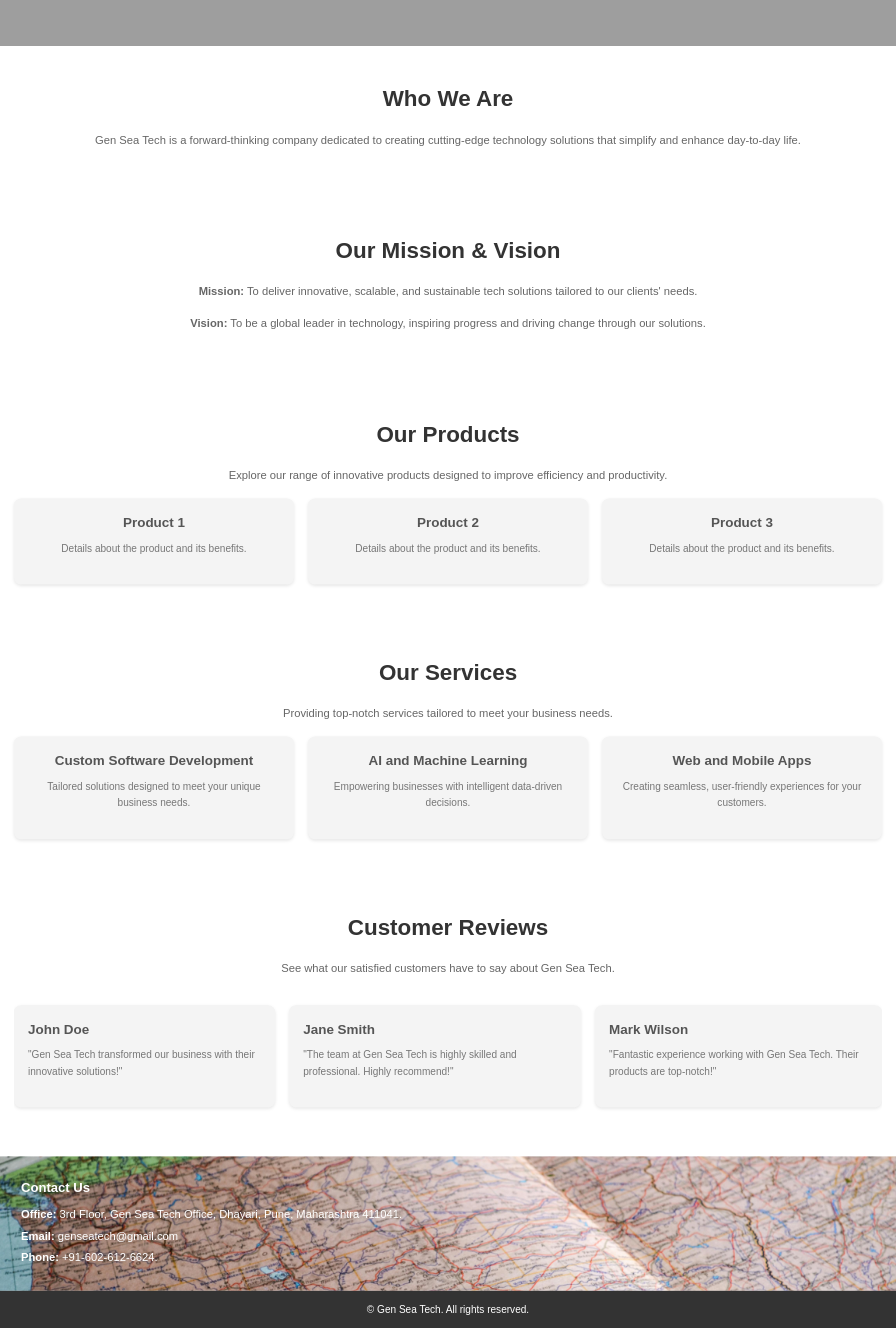
Repository: aniketkhatawkar/Gen_Sea_Tech
Page: http://localhost/GenSeaTech/
These files come from the project's save history. The page is drawn as it stood at one moment and after the next save; the edit follows.
The browser window is 1280 px wide. The pictures show the part of the page from y = 660 to 2580 px (the page is 2557 px tall before and 2580 px after), at 70% of full size.
Pictures or frames that could not be fetched are drawn as grey boxes. The page is served by Tomcat 10. Other server files are loaded and not shown.

Above is the page before, as saved 2024-12-16 08:15:28.

### GenSeaTech/src/main/webapp/home.jsp
<!DOCTYPE html>
<html>
<head>
<meta charset="UTF-8">
<meta name="viewport" content="width=device-width, initial-scale=1.0">
<title>Gen Sea Tech</title>
<link rel="icon" href="assets/logo.png" type="image/png" >

<style>
	* {
		margin: 0;
		padding: 0;
		box-sizing: border-box;
		font-family: Arial, sans-serif;
	}

	body {
		line-height: 1.6;
	}

	header p {
        font-size: 1.2rem;
        margin-bottom: 20px;
    }

	.hero {
		height: 90vh;
		background: url('assets/hero-bg.jpg') no-repeat center center/cover;
		color: white;
		display: flex;
		align-items: center;
		justify-content: center;
		text-align: center;
		padding: 20px;
	}

	.hero h1 {
		font-size: 3rem;
	}

	.hero p {
		margin-top: 10px;
		font-size: 1.2rem;
	}

	.section {
		padding: 50px 20px;
		text-align: center;
	}

	.section h2 {
		font-size: 2rem;
		margin-bottom: 20px;
		color: #333;
	}

	.section p {
		margin-bottom: 20px;
		font-size: 1rem;
		color: #666;
	}

	.cards {
		display: grid;
		grid-template-columns: repeat(auto-fit, minmax(300px, 1fr));
		gap: 20px;
		margin-top: 20px;
	}

	.card {
		background: #f4f4f4;
		padding: 20px;
		border-radius: 10px;
		box-shadow: 0 2px 5px rgba(0, 0, 0, 0.1);
	}

	.card h3 {
		margin-bottom: 10px;
		font-size: 1.2rem;
		color: #555;
	}

	.card p {
		font-size: 0.9rem;
		color: #777;
	}

	.contact {
		background: #00bcd4;
		color: #fff;
		padding: 50px 20px;
	}

	.contact h2 {
		margin-bottom: 20px;
	}

	.contact form {
		max-width: 600px;
		margin: 0 auto;
	}

	.contact input, .contact textarea {
		width: 100%;
		padding: 10px;
		margin-bottom: 10px;
		border: none;
		border-radius: 5px;
	}

	.contact button {
		padding: 10px 20px;
		border: none;
		background: #008c9e;
		color: white;
		cursor: pointer;
		border-radius: 5px;
	}

	.contact button:hover {
		background: #006b76;
	}

	.address {
		background:  url("assets/contactus.jpg") no-repeat center center;
	    background-size: cover;
	    object-fit: cover;
		padding: 30px;
		color: #ffffff;
	}

	.address h3 {
		margin-bottom: 10px;
	}

	.address p {
		margin-bottom: 5px;
	}
	.scroll-container {
        display: flex;
        overflow-x: auto;
        gap: 20px;
        padding: 20px 0;
    }

    .review-card {
        min-width: 250px;
        background: #f4f4f4;
        padding: 20px;
        border-radius: 10px;
        box-shadow: 0 2px 5px rgba(0, 0, 0, 0.1);
        text-align: left;
    }

    .review-card h3 {
        margin-bottom: 10px;
        font-size: 1.2rem;
        color: #555;
    }

    .review-card p {
        font-size: 0.9rem;
        color: #777;
    }

    .scroll-container::-webkit-scrollbar {
        height: 8px;
    }

    .scroll-container::-webkit-scrollbar-thumb {
        background-color: #00bcd4;
        border-radius: 4px;
    }

    .scroll-container::-webkit-scrollbar-track {
        background: #f4f4f4;
    }
</style>
</head>
<body>
	<!-- NavBar -->
	<%@ include file="navbar.jsp" %>

	<!-- Hero Section -->
	<div class="hero">
		<div>
			<h1>Welcome to Gen Sea Tech</h1>
			<p>Innovating for a better tomorrow</p>
		</div>
	</div>

	<!-- Who We Are Section -->
	<div class="section" id="about">
		<h2>Who We Are</h2>
		<p>Gen Sea Tech is a forward-thinking company dedicated to creating cutting-edge technology solutions that simplify and enhance day-to-day life.</p>
	</div>

	<!-- Mission & Vision Section -->
	<div class="section" id="mission-vision">
		<h2>Our Mission & Vision</h2>
		<p><strong>Mission:</strong> To deliver innovative, scalable, and sustainable tech solutions tailored to our clients' needs.</p>
		<p><strong>Vision:</strong> To be a global leader in technology, inspiring progress and driving change through our solutions.</p>
	</div>

	<!-- Products Section -->
	<div class="section" id="products">
		<h2>Our Products</h2>
		<p>Explore our range of innovative products designed to improve efficiency and productivity.</p>
		<div class="cards">
			<div class="card">
				<h3>Product 1</h3>
				<p>Details about the product and its benefits.</p>
			</div>
			<div class="card">
				<h3>Product 2</h3>
				<p>Details about the product and its benefits.</p>
			</div>
			<div class="card">
				<h3>Product 3</h3>
				<p>Details about the product and its benefits.</p>
			</div>
		</div>
	</div>

	<!-- Services Section -->
	<div class="section" id="services">
		<h2>Our Services</h2>
		<p>Providing top-notch services tailored to meet your business needs.</p>
		<div class="cards">
			<div class="card">
				<h3>Custom Software Development</h3>
				<p>Tailored solutions designed to meet your unique business needs.</p>
			</div>
			<div class="card">
				<h3>AI and Machine Learning</h3>
				<p>Empowering businesses with intelligent data-driven decisions.</p>
			</div>
			<div class="card">
				<h3>Web and Mobile Apps</h3>
				<p>Creating seamless, user-friendly experiences for your customers.</p>
			</div>
		</div>
	</div>

	<!-- Testimonials Section -->
	<div class="section" id="testimonials">
	    <h2>Customer Reviews</h2>
	    <p>See what our satisfied customers have to say about Gen Sea Tech.</p>
	    <div class="scroll-container">
	        <div class="review-card">
	            <h3>John Doe</h3>
	            <p>"Gen Sea Tech transformed our business with their innovative solutions!"</p>
	        </div>
	        <div class="review-card">
	            <h3>Jane Smith</h3>
	            <p>"The team at Gen Sea Tech is highly skilled and professional. Highly recommend!"</p>
	        </div>
	        <div class="review-card">
	            <h3>Mark Wilson</h3>
	            <p>"Fantastic experience working with Gen Sea Tech. Their products are top-notch!"</p>
	        </div>
	    </div>
	</div>

	<!-- Address Section -->
	<div class="address" id="contact">
		<h3>Contact Us</h3>
		<p><strong>Office:</strong> 3rd Floor, Gen Sea Tech Office, Dhayari, Pune, Maharashtra 411041.</p>
		<p><strong>Email:</strong> genseatech@gmail.com</p>
		<p><strong>Phone:</strong> +91-602-612-6624.</p>
	</div>

	<!-- Footer -->
	<%@ include file="footer.jsp" %>
</body>
</html>

### GenSeaTech/src/main/webapp/navbar.jsp
<%@ page language="java" contentType="text/html; charset=UTF-8"
    pageEncoding="UTF-8"%>
<!DOCTYPE html>
<html>
<head>
<meta charset="UTF-8">
<title>Gen Sea Tech</title>
<link rel="icon" href="assets/logo.png" type="image/png" >
<style>
* {
	margin: 0;
	padding: 0;
	box-sizing: border-box;
	font-family: Arial, sans-serif;
}

body {
	line-height: 1.6;
}
.navbar {
	background-color: #ffffff;
	color: #fff;
	padding: 5px 5px;
	display: flex;
	justify-content: space-between;
	align-items: center;
	position: relative;
}

.navbar a {
	color: #40c4ff;
	text-decoration: none;
	margin: 0 20px;
	font-weight: bold;
}

.navbar a:hover {
	color: #757575;
}

.links {
	display: flex;
}
@media (max-width: 768px) {
	.links {
		display: none;
		flex-direction: column;
		background-color: #333;
		position: absolute;
		top: 50px;
		right: 10px;
		width: 200px;
		border-radius: 5px;
		box-shadow: 0px 4px 6px rgba(0, 0, 0, 0.1);
	}

	.links a {
		margin: 10px 0;
		text-align: center;
	}

	.hamburger {
		display: flex;
	}

	.links.active {
		display: flex;
	}
}
</style>
</head>
<body>
	<div class="navbar">
		<div class="logo">
        <a href="home.jsp"><img src="assets/namelogo.png" alt="Gen Sea Tech Logo" style="height: 60px; margin-right: 10px;"></a>
    	</div>
		<div class="links">
			<a href="home.jsp">Home</a>
			<a href="services.jsp">Services</a>
			<a href="products.jsp">Products</a>
			<a href="connectus.jsp">Connect Us</a>
			<a href="about.jsp">About</a>
			<a href="#support.jsp">Support</a>
		</div>
	</div>
</body>
</html>

### GenSeaTech/src/main/webapp/footer.jsp
<%@ page language="java" contentType="text/html; charset=UTF-8"
    pageEncoding="UTF-8"%>
<!DOCTYPE html>
<html>

<head>

<style>
	footer {
        background-color: #333;
        color: white;
        text-align: center;
        padding: 15px;
        margin-top: 0px;
    }

    footer p {
        font-size: 0.9rem;
    }
</style>

	<meta charset="UTF-8">
	<title>Footer</title>
</head>

<body>
	<footer>
        <p>&copy; Gen Sea Tech. All rights reserved.</p>
    </footer>
</body>

</html>

After the next save:
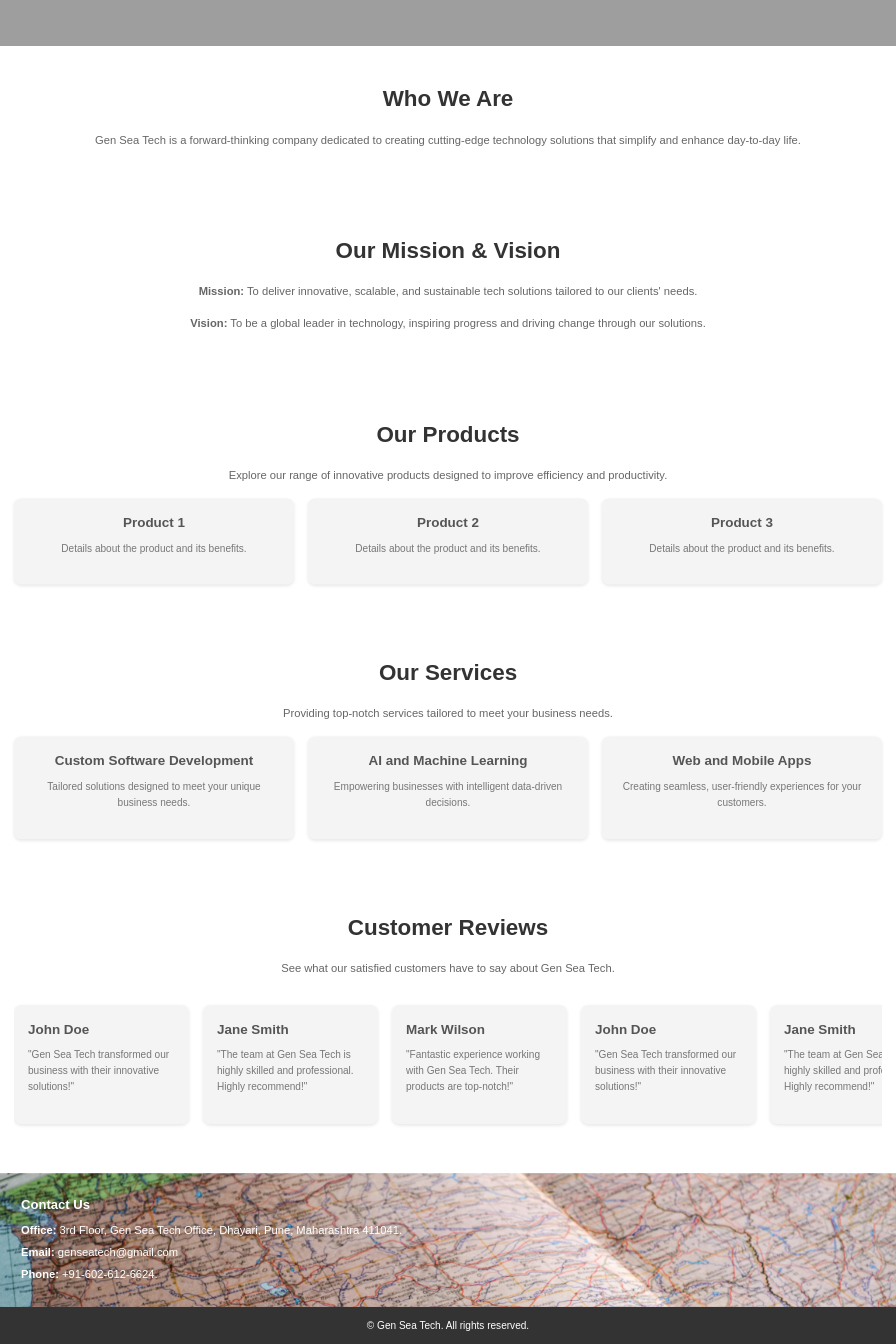
Saved 27 s later.
--- a/GenSeaTech/src/main/webapp/home.jsp
+++ b/GenSeaTech/src/main/webapp/home.jsp
@@ -259,6 +259,18 @@
 	            <h3>Mark Wilson</h3>
 	            <p>"Fantastic experience working with Gen Sea Tech. Their products are top-notch!"</p>
 	        </div>
+	        <div class="review-card">
+	            <h3>John Doe</h3>
+	            <p>"Gen Sea Tech transformed our business with their innovative solutions!"</p>
+	        </div>
+	        <div class="review-card">
+	            <h3>Jane Smith</h3>
+	            <p>"The team at Gen Sea Tech is highly skilled and professional. Highly recommend!"</p>
+	        </div>
+	        <div class="review-card">
+	            <h3>Mark Wilson</h3>
+	            <p>"Fantastic experience working with Gen Sea Tech. Their products are top-notch!"</p>
+	        </div>
 	    </div>
 	</div>
 
